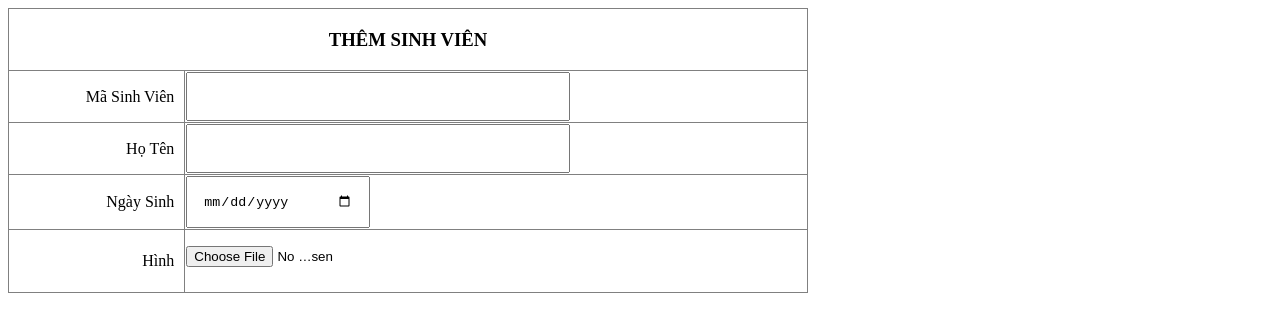
Repository: Tan-Khang21/TH_TKW--Buoi_04
Page: Bai_Tap_Mau/Bai_04/Bai_04.html
These files come from the project's save history. The page is drawn as it stood at one moment and after the next save; the edit follows.
The browser window is 1280 px wide. The pictures show the whole page.

Above is the page before, as saved 2024-03-06 09:52:28.

After the next save:
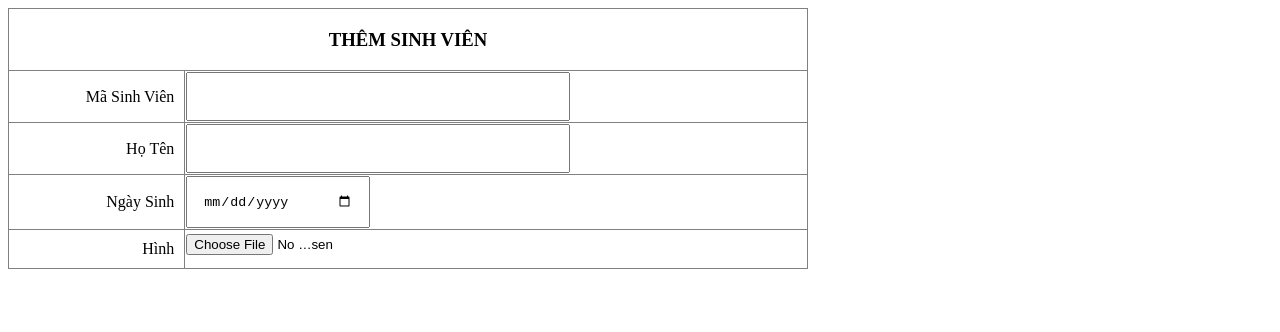
Saved 6 s later.
--- a/Bai_Tap_Mau/Bai_04/Bai_04.html
+++ b/Bai_Tap_Mau/Bai_04/Bai_04.html
@@ -24,7 +24,7 @@
         </tr>
         <tr>
             <td align="right" style="padding: 10px;">Hình</td>
-            <td colspan="2"> <input type="file" style="width:150px; padding: 15px 0; height: 30px; "></td>
+            <td colspan="2"> <input type="file" style="width:150px; height: 30px; "></td>
         </tr>
     </table>
 </body>
